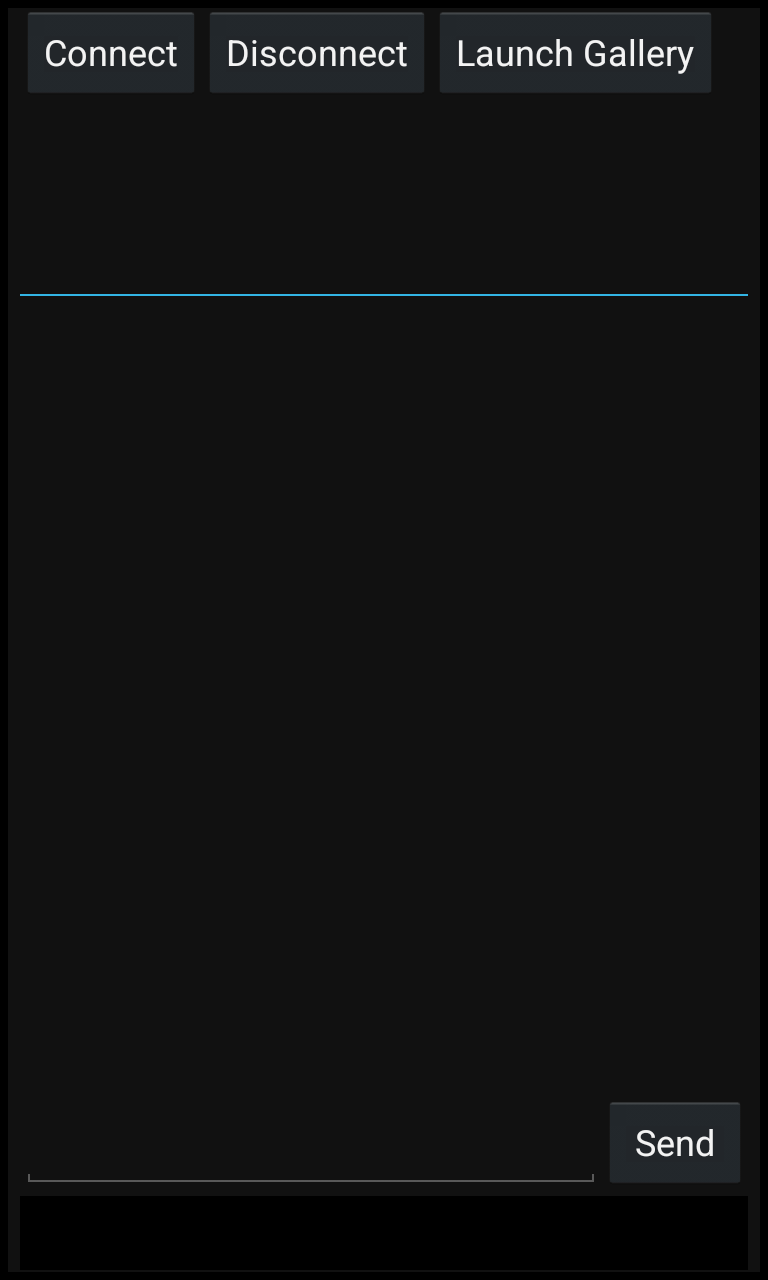
Repository: flyingbuffalo/AndroidTest
Layout: WiFiDirectDemo/res/layout/device_detail.xml
These files come from the project's save history. The layout is drawn as it stood at one moment and after the next save; the edit follows.
It is drawn on a 768 x 1280 px phone screen (xhdpi) without system bars, with theme android:Theme.Holo; the app's code is not run. Lists and similar views that code fills are empty.

Above is the layout before, as saved 2014-08-05 13:38:36.

After the next save:
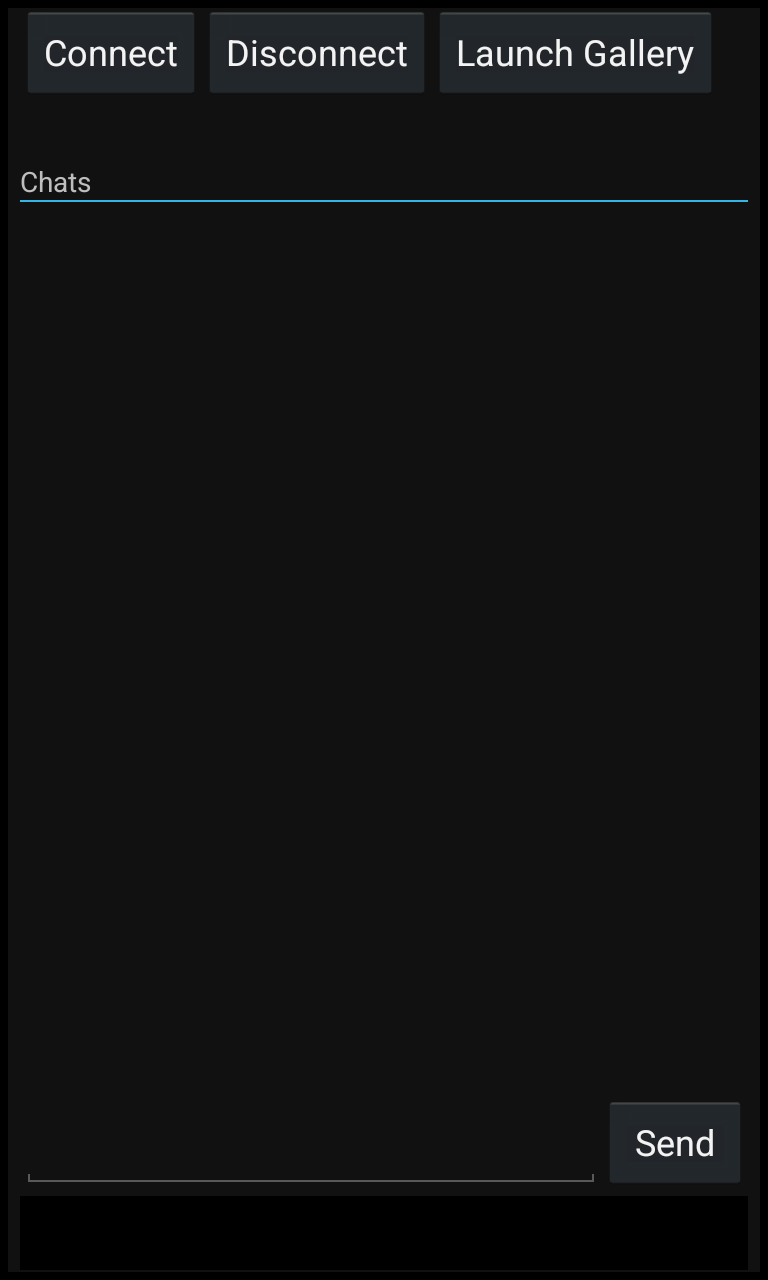
Saved 11 s later.
--- a/WiFiDirectDemo/res/layout/device_detail.xml
+++ b/WiFiDirectDemo/res/layout/device_detail.xml
@@ -59,14 +59,14 @@
 	            android:layout_width="match_parent"
 	            android:layout_height="wrap_content" />
 
-	        <TextView
-	            android:layout_marginTop="12dp"
-		        android:layout_width="fill_parent"
-		        android:layout_height="wrap_content"
-		        android:gravity="center_vertical"
-		        android:text="Chats" />
         </LinearLayout>
 
+        <TextView
+            android:layout_marginTop="12dp"
+	        android:layout_width="fill_parent"
+	        android:layout_height="wrap_content"
+	        android:gravity="center_vertical"
+	        android:text="Chats" />
 	    <View
 	        android:layout_width="fill_parent"
 	        android:layout_height="1dp"
